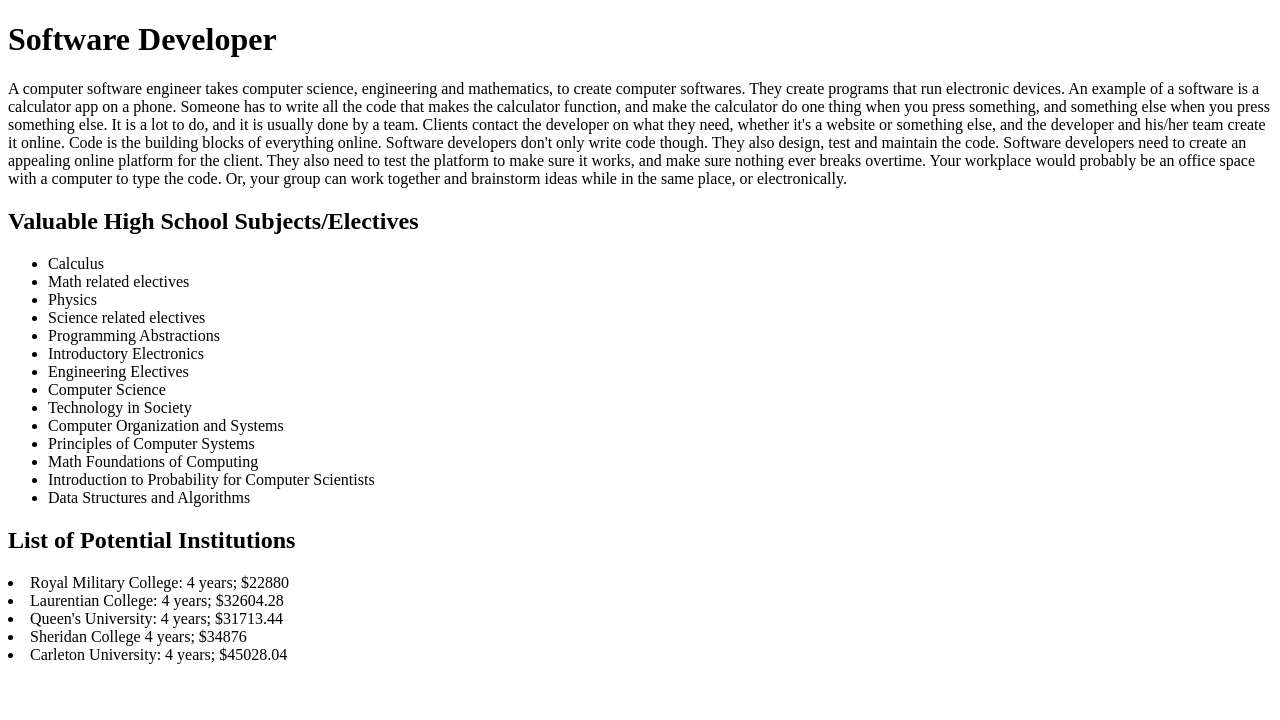
Repository: soerik/1soerik.github.io
Page: index.html
The author's editor kept a record of every edit. The page is drawn from the files as they stood at one moment, then again after the next edit.
The browser window is 1280 px wide. The pictures show the whole page.

Above is the page before.

### index.html
<!DOCTYPE html>
<html>
<head>
    <title>Software Developer</title>
</head>

<body>

<h1>Software Developer</h1>

<p>A computer software engineer takes computer
science, engineering and mathematics, to create
computer softwares. They create programs that
run electronic devices. An example of a software
is a calculator app on a phone. Someone has to
write all the code that makes the calculator
function, and make the calculator do one thing
when you press something, and something else
when you press something else. It is a lot to
do, and it is usually done by a team. Clients
contact the developer on what they need, whether
it's a website or something else, and the
developer and his/her team create it online.
Code is the building blocks of everything
online. Software developers don't
only write code though. They also design, test
and maintain the code. Software developers
need to create an appealing online platform
for the client. They also need to test the
platform to make sure it works, and make sure
nothing ever breaks overtime. Your workplace
would probably be an office space with a computer
to type the code. Or, your group can work
together and brainstorm ideas while in the
same place, or electronically.
</p>

<h2>Valuable High School Subjects/Electives</h2>

<ul>
    <li>Calculus</li>
    <li>Math related electives</li>
    <li>Physics</li>
    <li>Science related electives</li>
    <li>Programming Abstractions</li>
    <li>Introductory Electronics</li>
    <li>Engineering Electives</li>
    <li>Computer Science</li>
    <li>Technology in Society</li>
    <li>Computer Organization and Systems</li>
    <li>Principles of Computer Systems</li>
    <li>Math Foundations of Computing</li>
    <li>Introduction to Probability for Computer Scientists</li>
    <li>Data Structures and Algorithms</li>
 </ul>

<h2>List of Potential Institutions</h2>
<li>Royal Military College:
4 years; $22880</li>
<li>Laurentian College:
4 years; $32604.28</li>
<li>Queen's University:
4 years; $31713.44</li>
<li>Sheridan College
4 years; $34876</li>
<li>Carleton University:
4 years; $45028.04</li>
<ul>


</body>
</html>

After the next edit:
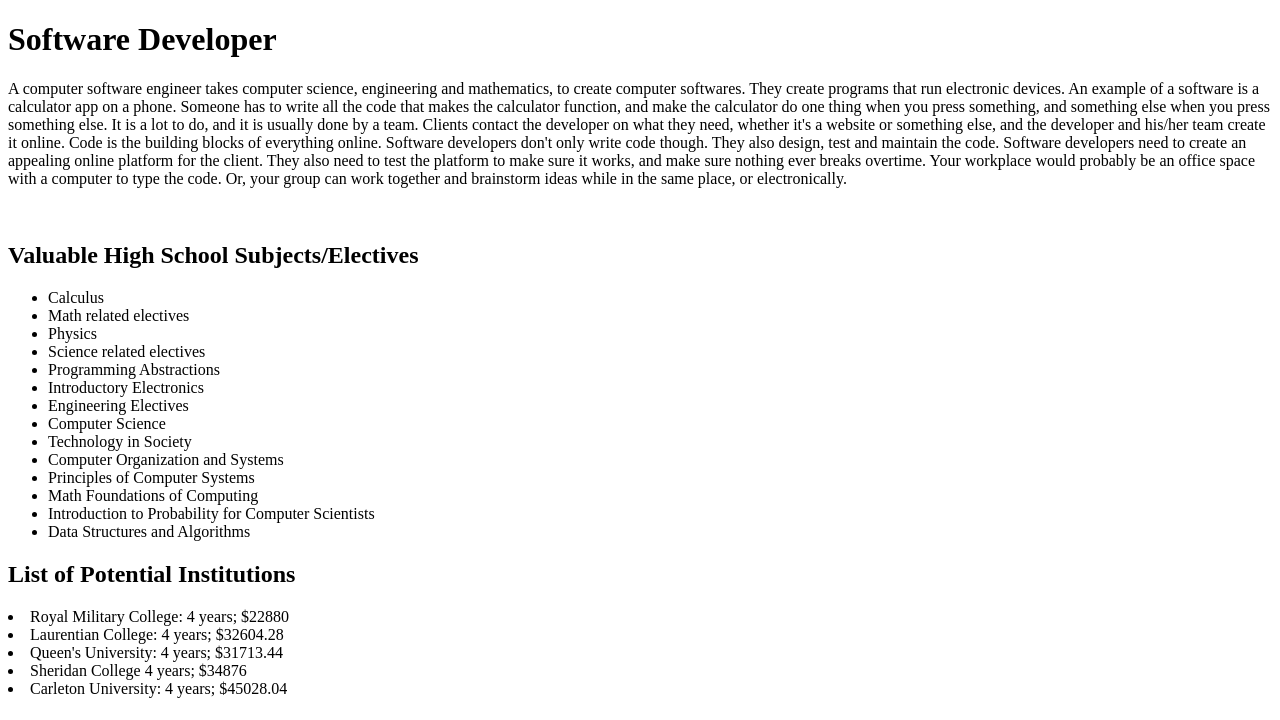
The edit:
--- a/index.html
+++ b/index.html
@@ -34,6 +34,7 @@
 together and brainstorm ideas while in the
 same place, or electronically.
 </p>
+<img src=""></img>
 
 <h2>Valuable High School Subjects/Electives</h2>
 
